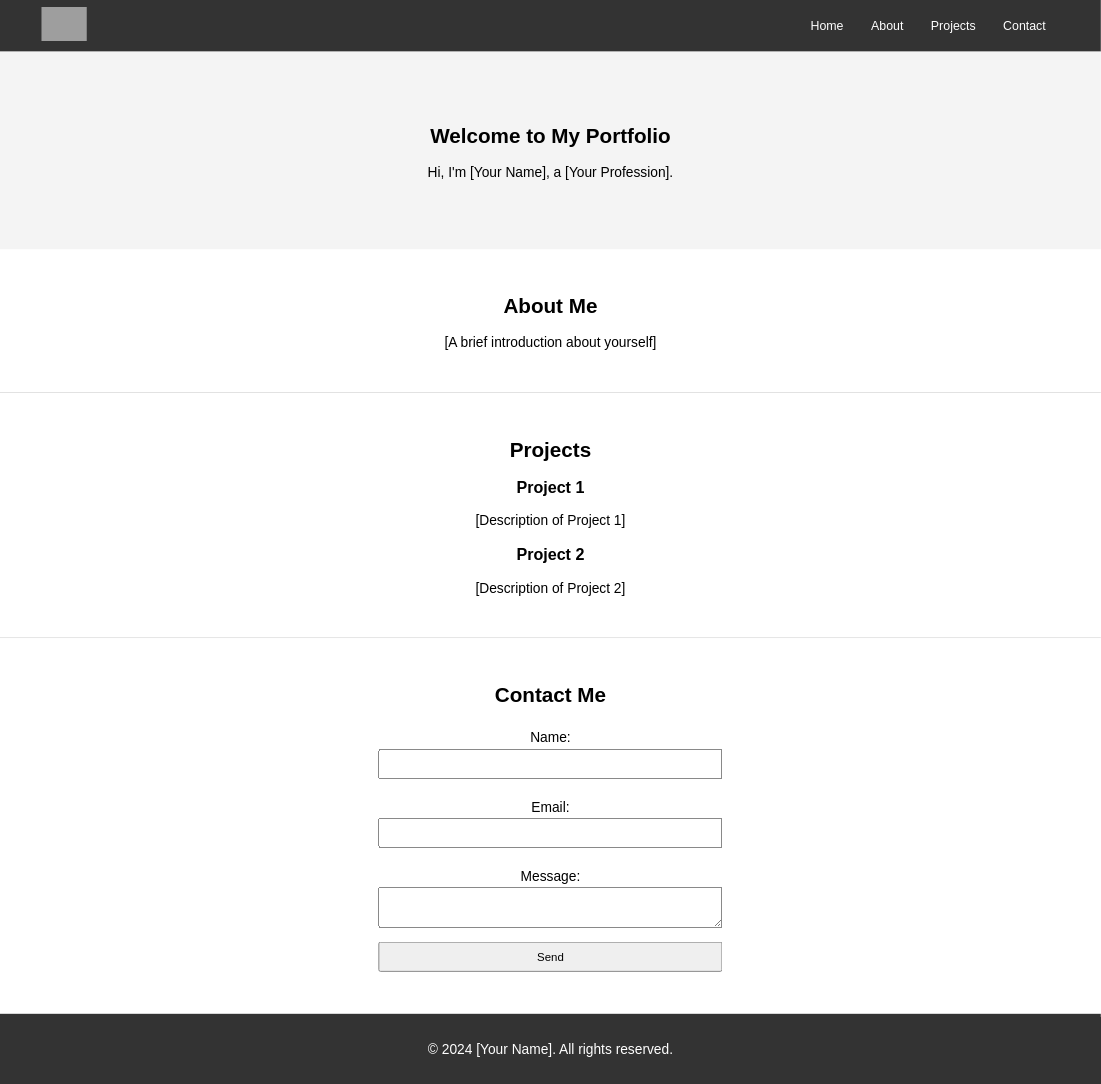
Repository: 4Kbrain/Portofolio
Page: index.html
The author's editor kept a copy of each file at every save. The page is drawn from the files as they stood at one save, then again after the next save.
The browser window is 1280 px wide. The pictures show the whole page, at 86% of full size.
Pictures or frames that could not be fetched are drawn as grey boxes.

Above is the page before, as saved 2024-05-15 07:45:03.

After the next save:
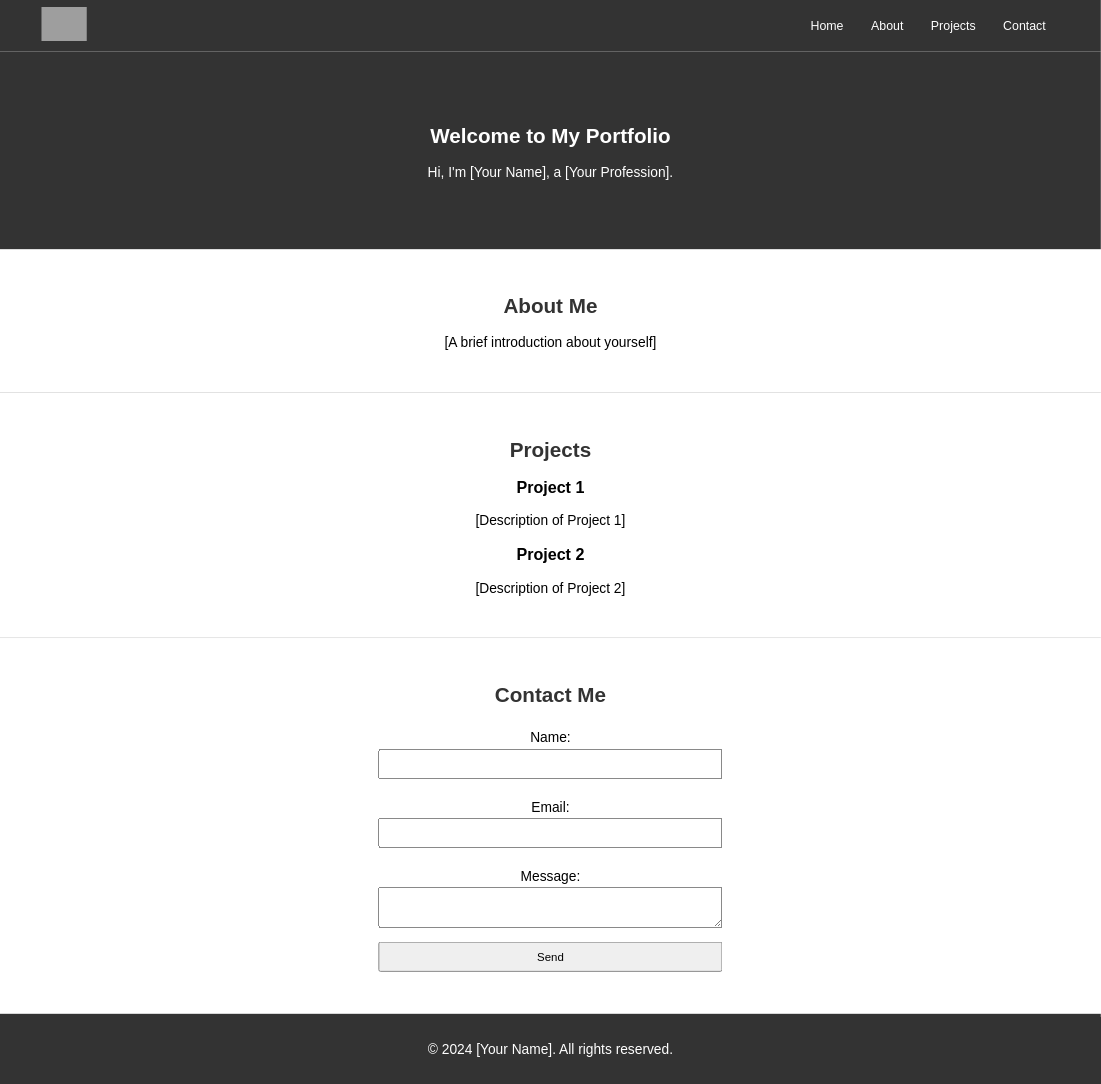
Saved 5 min 17 s later.
--- a/styles.css
+++ b/styles.css
@@ -45,13 +45,18 @@ section {
 }
 
 #home {
-    background: #f4f4f4;
+    background: #333; /* Same background color as the navbar */
+    color: white; /* Ensure text is readable on dark background */
     padding: 4rem 2rem;
 }
 
-#about, #projects, #contact {
+#about, #skills, #projects, #contact {
     background: #fff;
     border-bottom: 1px solid #ddd;
+}
+
+#about h2, #skills h2, #projects h2, #contact h2 {
+    color: #333;
 }
 
 .project {
